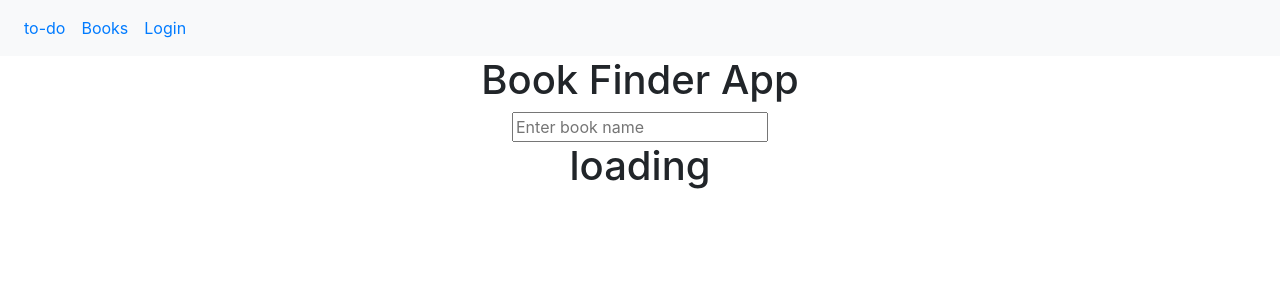
Repository: omniabadry/react-test
Page: /Books
The author's editor kept a copy of each file at every save. The page is drawn from the files as they stood at one save, then again after the next save.
The browser window is 1280 px wide. The pictures show the whole page.
The page's requests for data from a server got no answer. The project was rebuilt for these pictures with package versions that can differ from the ones it lists, and the page was loaded fresh each time. No one was signed in, and anything a server would have sent is missing.

Above is the page before, as saved 2021-02-09 14:16:57.

After the next save:
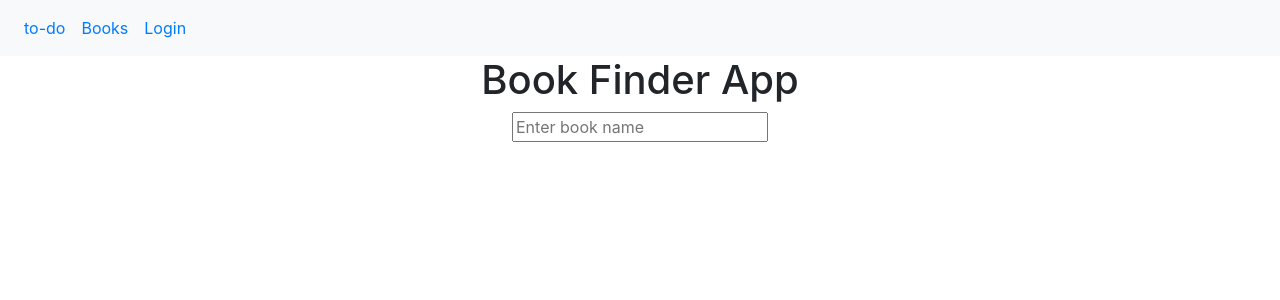
Saved 6 min 50 s later.
--- a/src/components/books.js
+++ b/src/components/books.js
@@ -37,16 +37,8 @@ const getBooks = ()=>{
                 )
             }
             return cards
-        } else {
-            return (
-                <h1>loading</h1>
-            )
         }
-
     }
-
-
-
     return (
         <div className="container" style={{ textAlign: "center" }}>
             <h1>Book Finder App</h1>
